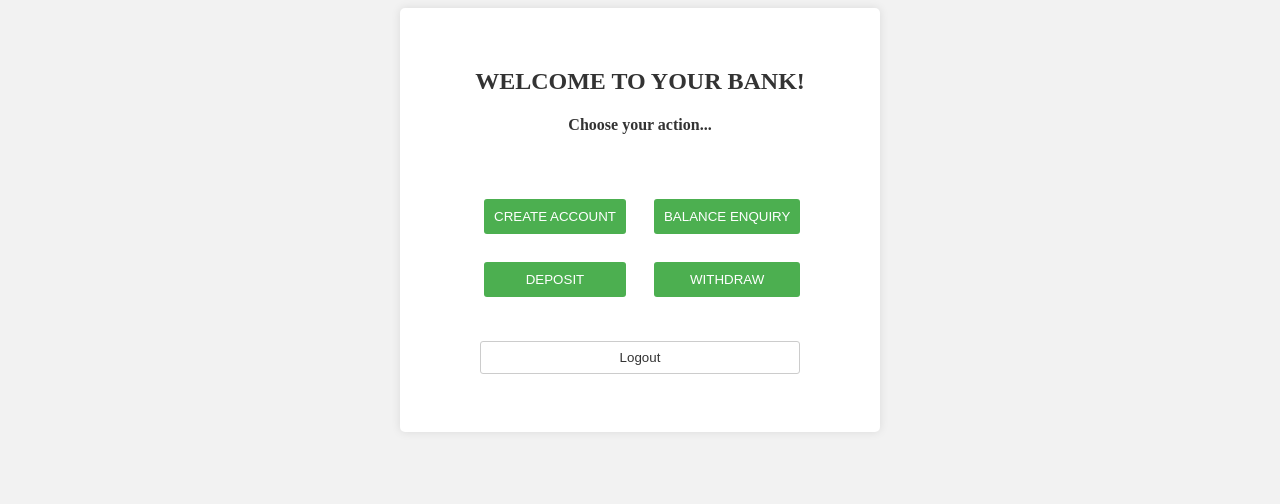
Repository: mansistic-0n3/Java_IGT
Page: Java Project/BankJSP/src/main/webapp/Home.html
An editor plug-in stored every save of this project. The page is shown before and after the next save, followed by the edit.
The browser window is 1280 px wide. The pictures show the whole page.

Above is the page before, as saved 2023-06-30 04:39:00.

After the next save:
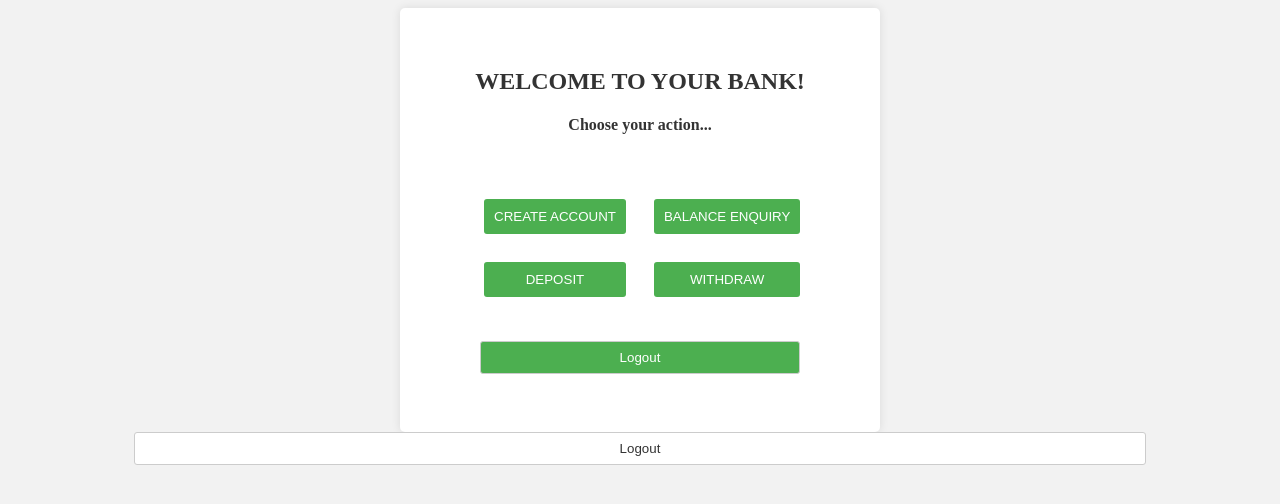
Saved 49 s later.
--- a/Java Project/BankJSP/src/main/webapp/Home.html
+++ b/Java Project/BankJSP/src/main/webapp/Home.html
@@ -22,6 +22,10 @@
     </div></form>
 
   </div><form action="login.html">
+        <input type="submit" value="Logout" style="width: 80%; padding: 8px; border-radius: 3px; border: 1px solid #cccccc; background-color: #4CAF50; color: #ffffff; cursor: pointer;">
+      <br><br></form>
+
+      </div><form action="login.html">
         <input type="submit" value="Logout" style="width: 80%; padding: 8px; border-radius: 3px; border: 1px solid #cccccc; background-color: #ffffff; color: #333333; cursor: pointer;">
       <br><br></form></div>
 </body>
